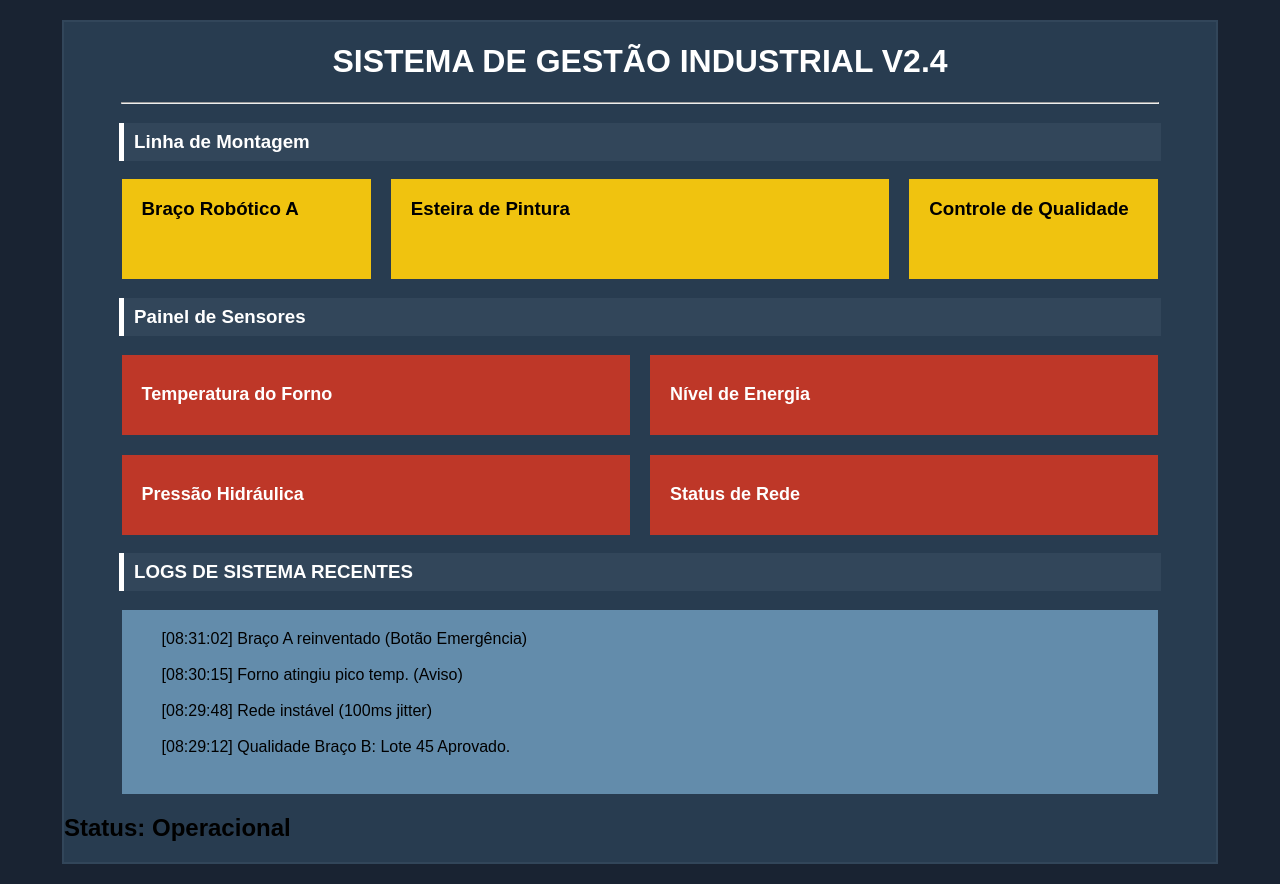
Repository: DanielEDapper/Front-WEG
Page: ProfeIgor/Aula5 - Dashboard Industrial/index.html
These files come from the project's save history. The page is drawn as it stood at one moment and after a run of saves; the edit follows.
The browser window is 1280 px wide. The pictures show the whole page.
Some icons come from a web library that is not loaded, so they are not drawn.

Above is the page before, as saved 2026-05-29 20:07:29.

### ProfeIgor/Aula5 - Dashboard Industrial/index.html
<!DOCTYPE html>
<html lang="en">
<head>
    <meta charset="UTF-8">
    <meta name="viewport" content="width=device-width, initial-scale=1.0">
    <link rel="stylesheet" href="style.css">
    <link rel='stylesheet' href='https://cdn-uicons.flaticon.com/4.0.0/uicons-bold-straight/css/uicons-bold-straight.css'>
    <title>Sistema de gestão Industrial</title>
</head>
<body>
    <div id="wrapper">
        <div id="header">
            <h1>SISTEMA DE GESTÃO INDUSTRIAL V2.4</h1>
        </div>
        <hr>
        <div id="main">
            <div class="container-main">

                <div class="titulo-sessao">
                    <h3>Linha de Montagem</h3>
                </div>
                <div class="container-montagem">
                    <div class="card">
                        <h3>Braço Robótico A</h3>
                        <i class="fi fi-bs-thumbtack"></i>
                    </div>
                    <div class="card">
                        <h3>Esteira de Pintura</h3>
                        <i class="fi fi-bs-arrow-right"></i>
                    </div>
                    <div class="card">
                        <h3>Controle de Qualidade</h3>
                        <i class="fi fi-bs-medal"></i>
                    </div>
                </div>


                <div class="titulo-sessao">
                    <h3>Painel de Sensores</h3>
                </div>
                <div class="container-sensores">
                    <div class="card-sensores">
                        <h3>Temperatura do Forno</h3>
                        <i class="fi fi-bs-temperature-high"></i>
                    </div>
                    <div class="card-sensores">
                        <h3>Nível de Energia</h3>
                        <i class="fi fi-bs-battery-half"></i>
                    </div>
                    <div class="card-sensores">
                        <h3>Pressão Hidráulica</h3>
                        <i class="fi fi-bs-dashboard"></i>
                    </div>
                    <div class="card-sensores">
                        <h3>Status de Rede</h3>
                        <i class="fi fi-bs-workflow-setting-alt"></i>
                    </div>
                </div>


                <div class="titulo-sessao">
                    <h3>LOGS DE SISTEMA RECENTES</h3>
                </div>
                <div class="container-logs">
                    <p>[08:31:02] Braço A reinventado (Botão Emergência)</p>
                    <hr>
                    <p>[08:30:15] Forno atingiu pico temp. (Aviso)<p>
                    <hr>
                    <p>[08:29:48] Rede instável (100ms jitter)</p>
                    <hr>
                    <p>[08:29:12] Qualidade Braço B: Lote 45 Aprovado.</p>
                    <hr>
                </div>
            </div>
        </div>
        <div id="footer">
            <h2>Status: Operacional</h2>
        </div>
    </div>
</body>
</html>

### ProfeIgor/Aula5 - Dashboard Industrial/style.css
:root{
    --bg-dark: #192332;
    --bg-main: #283C50;
    --bg-panel: #32465A;

    --warning: #F0C30F;
    --danger: #BE3728;
    --success: #2ECC71;

    --log-bg: #D2E6F5;

    --text: #FFFFFF;
    --text-secondary: #99A3AB;

    --accent-blue: #638CAB;
}

body{
    margin: 0;
    padding: 0;
    background-color: var(--bg-dark);
}

#wrapper{
    font-family: Arial, Helvetica, sans-serif;
    height: 90%;
    width: 90%;
    background-color: var(--bg-main);
    border: 2px solid var(--bg-panel);
    margin: 20px;
    justify-self: center;
}

#header{
    color: var(--text);
    text-align: center;
}

hr{
    width: 90%;
    font-weight: 400;
}

.titulo-sessao{
    background-color: var(--bg-panel);
    color: var(--text);
    width: 90%;
    justify-self: center;
    border-left: 5px solid var(--text);
}

.titulo-sessao h3{
    padding: 8px 0px 8px 10px;
}

.container-montagem{
    display: flex;
    width: 90%;
    justify-self: center;
    flex-basis: 400;
    height: 100px;
    justify-content: space-around;
    gap: 20px;
}

.card{
    background-color: var(--warning);
}

.card h3{
    padding: 0px 0px 0px 20px;
}

.card i{
    display: flex;
    justify-self: center;
}

.card:nth-child(1){
    width: 25%;
}

.card:nth-child(2){
    width: 50%;
}

.card:nth-child(2) i{
    display: flex;
    padding: 0px 20px 0px 0px;
    justify-self: end;
}

.card:nth-child(3){
    width: 25%;
}

.container-sensores{
    width: 90%;
    display: grid;
    grid-template-columns: 1fr 1fr;
    gap: 20px;
    justify-self: center;
}

.card-sensores{
    background-color: var(--danger);
    color: var(--text);
    height: 80px;
    display: flex;
    justify-content: space-between;
    align-items: center;
    padding: 0 20px;
    box-sizing: border-box;
}

.card-sensores h3{
    font-size: 18px;
}

.card-sensores i{
    font-size: 24px;
}

.container-logs{
    background-color: var(--accent-blue);
    width: 90%;
    justify-self: center;
    padding: 20px 0px;
}

.container-logs p {
    margin: 0px 0px 0px 40px;
}

.container-logs hr{
    width: 95%;
    border: none;
    height: 2px;
    color: var(--log-bg);
}

After the next 2 saves:
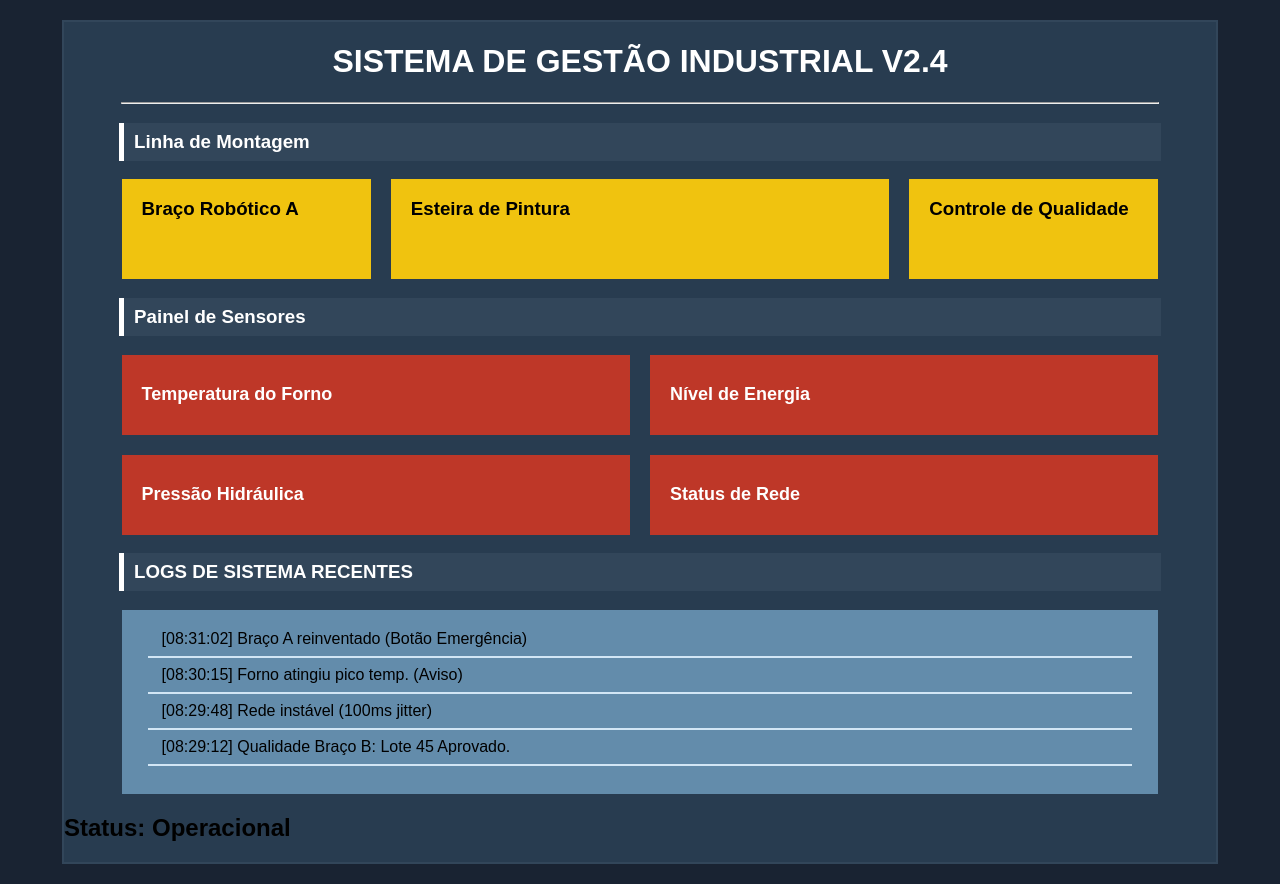
The 2 saves are shown as one change because they came seconds apart.
The last was saved 5 s later.
--- a/ProfeIgor/Aula5 - Dashboard Industrial/style.css
+++ b/ProfeIgor/Aula5 - Dashboard Industrial/style.css
@@ -136,5 +136,5 @@ hr{
     width: 95%;
     border: none;
     height: 2px;
-    color: var(--log-bg);
+    background-color: var(--log-bg);
 }
